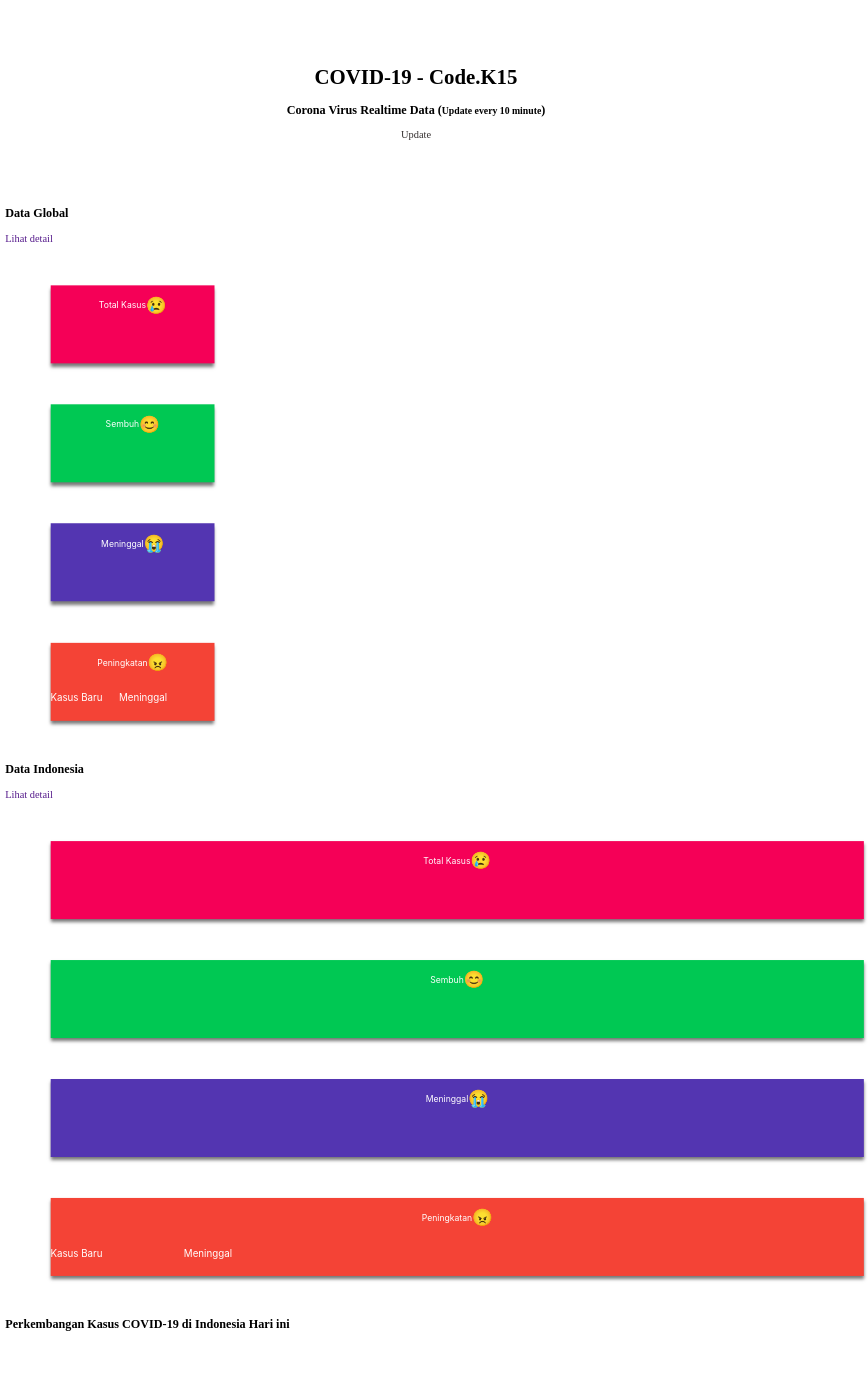
Repository: fathur15/covid19-monitoring
Page: http://localhost/covid19/apps/views/data/main/dashboard.php
The author's editor kept a copy of each file at every save. The page is drawn from the files as they stood at one save, then again after the next save.
The browser window is 1280 px wide. The page is 1335 px wide, so the pictures cover 1335 px, including what lies to the right of the window. The pictures show the whole page, at 65% of full size.
The page is run by PHP 8.4 with error messages shown; the project is at /var/www/html/.

Above is the page before, as saved 2020-04-14 14:07:58.

After the next save:
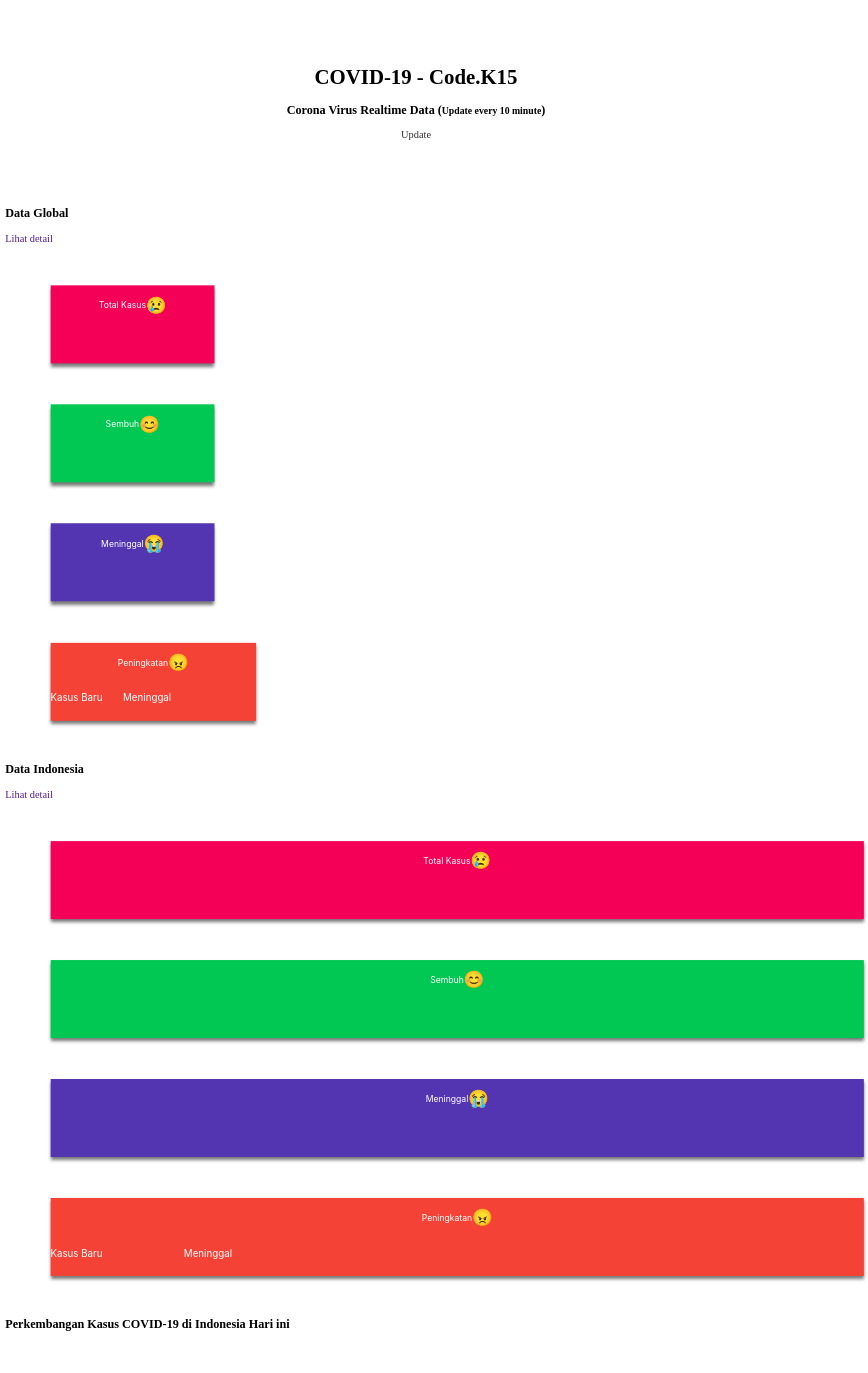
Saved 13 s later.
--- a/apps/views/data/main/dashboard.php
+++ b/apps/views/data/main/dashboard.php
@@ -74,7 +74,7 @@
                                 <!-- <p style="">Orang</p> -->
                             </div>
                         </div>
-                        <div class="shadow-box card" style="margin:5% 0.5%; width:20%; height: 120px; background: #f44336">
+                        <div class="shadow-box card" style="margin:5% 0.5%; width:25%; height: 120px; background: #f44336">
                             <div class="card-body">
                                 <div style="flex-direction: row; display: flex; justify-content: center; align-items: center;">
                                     <h5 id="title-kasus-global" class="card-text">Peningkatan</h5>
